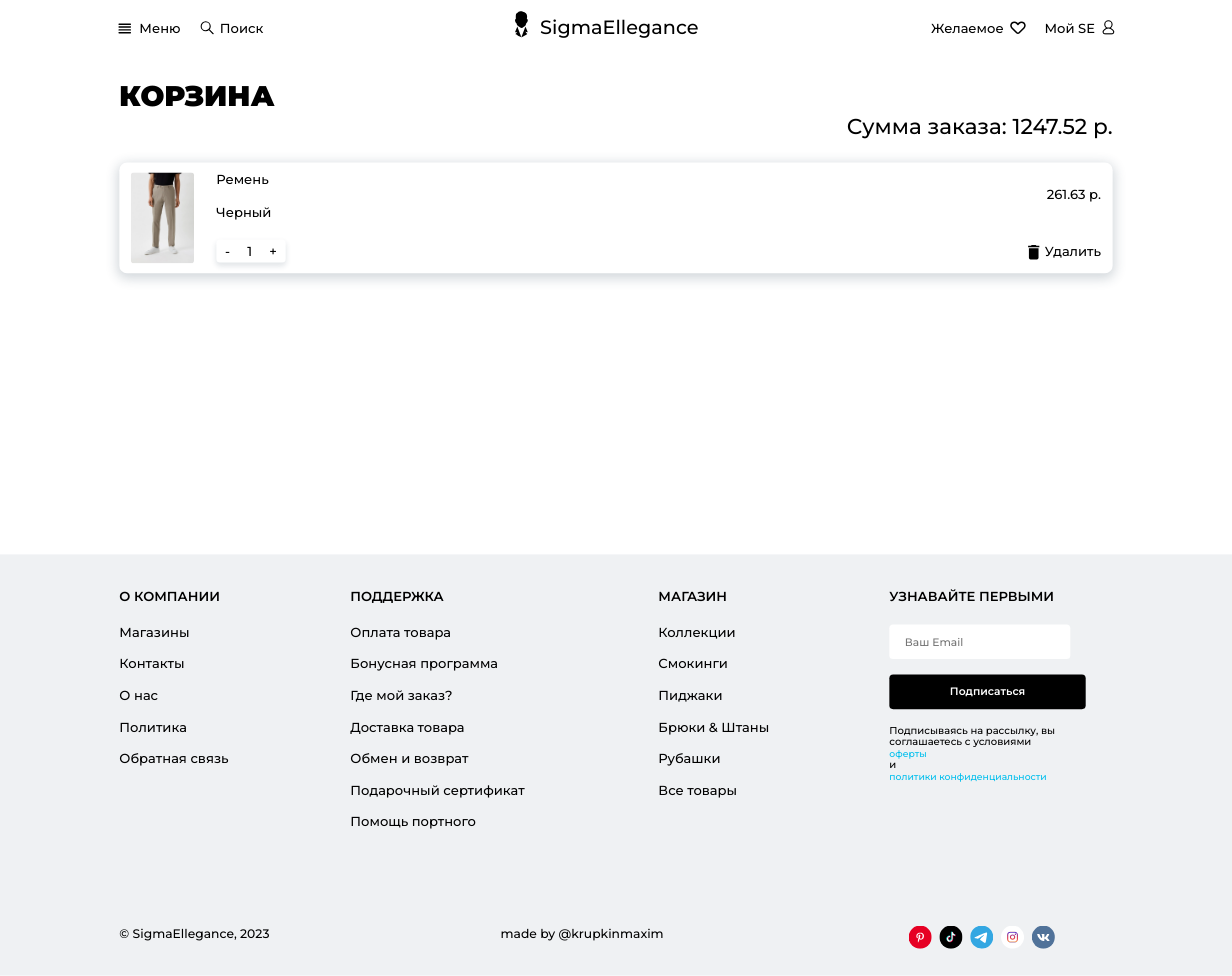
Repository: MaksimKrupkin/SigmaEllegance
Page: /cart
The author's editor kept a copy of each file at every save. The page is drawn from the files as they stood at one save, then again after the next save.
The browser window is 1280 px wide. The page is 1600 px wide, so the pictures cover 1600 px, including what lies to the right of the window. The pictures show the whole page, at 77% of full size.
Some web fonts or font styles are not loaded; a fallback is used. The project was rebuilt for these pictures with package versions that can differ from the ones it lists, and the page was loaded fresh each time. Also part of the build but not shown: src/Components/SideBar/SideBar.module.css, src/Components/SideBar/SideBar.jsx, src/Pages/HomePage.module.css, src/Components/SliderWrapper/SliderWrapper.module.css, src/Components/SliderCard/SliderCard.module.css, src/Components/SliderCard/SliderCard.jsx, src/Components/LeftArrow/LeftArrow.module.css, src/Components/LeftArrow/LeftArrow.jsx and 31 more.

Above is the page before, as saved 2023-12-19 20:02:58.

After the next save:
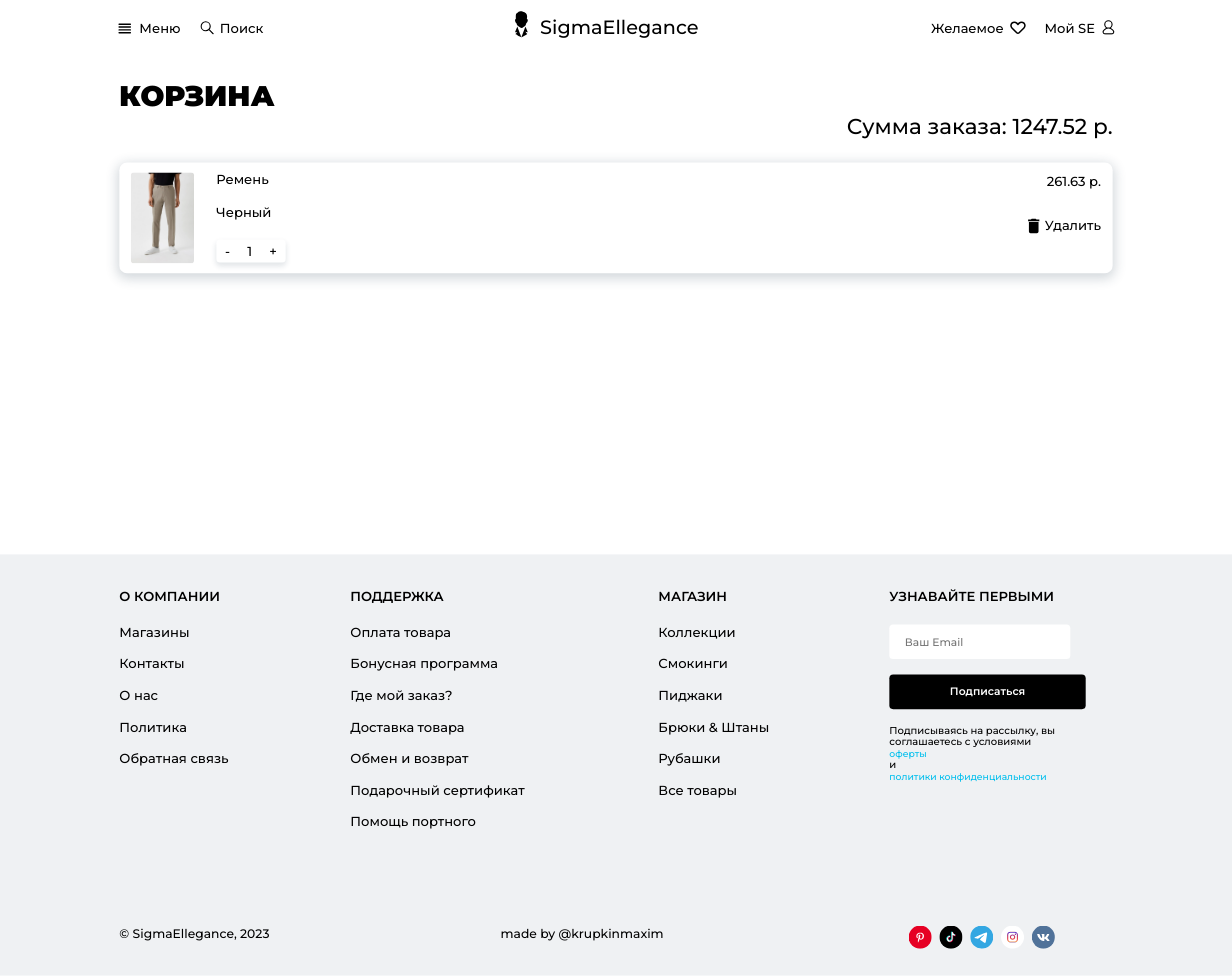
Saved 23 s later.
--- a/src/Pages/Cart/Cart.module.css
+++ b/src/Pages/Cart/Cart.module.css
@@ -85,6 +85,9 @@
   font-weight: 500;
   gap: 20px;
 }
+.goods_price {
+  margin: 0;
+}
 .goods_delete {
   display: flex;
   justify-content: space-between;
